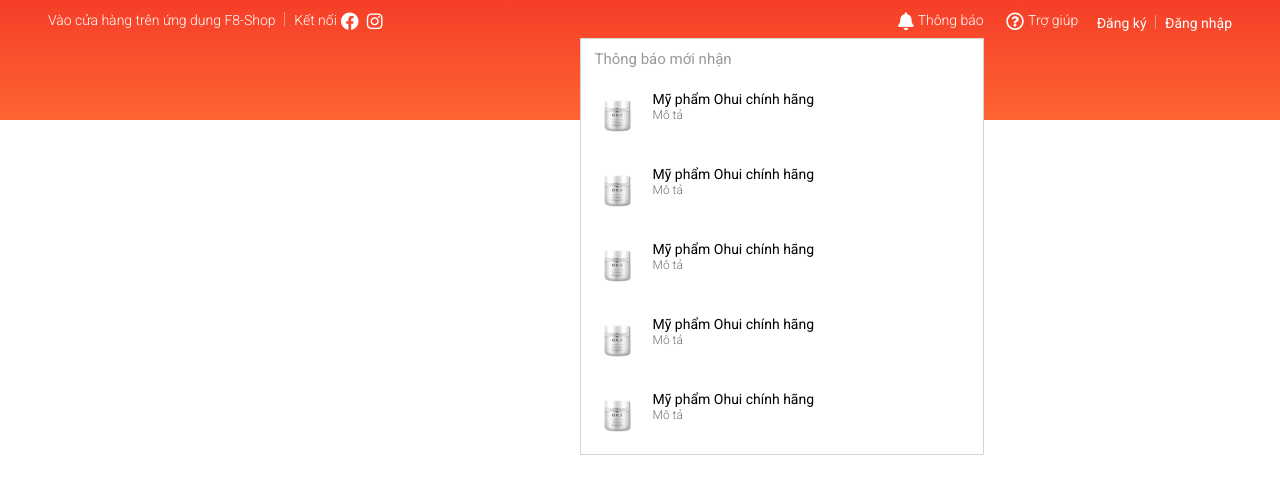
Repository: tvhoangit/tvhoangit.github.io
Page: Shoppe/index.html
These files come from the project's save history. The page is drawn as it stood at one moment and after the next save; the edit follows.
The browser window is 1280 px wide. The pictures show the whole page.

Above is the page before, as saved 2021-10-15 18:48:19.

### Shoppe/index.html
<!DOCTYPE html>
<html lang="en">
<head>
    <meta charset="UTF-8">
    <meta http-equiv="X-UA-Compatible" content="IE=edge">
    <meta name="viewport" content="width=device-width, initial-scale=1.0">
    <title>Document</title>
    <link rel="stylesheet" href="https://cdnjs.cloudflare.com/ajax/libs/normalize/8.0.1/normalize.min.css">
    <link rel="stylesheet" href="./assets/css/base.css">
    <link rel="stylesheet" href="./assets/css/main.css">
    <link rel="stylesheet" href="./assets/fonts/fontawesome-free-5.15.4-web/fontawesome-free-5.15.4-web/css/all.min.css">
    <link href="https://fonts.googleapis.com/css2?family=Open+Sans&family=Roboto:wght@300;400;500;700;900&display=swap" rel="stylesheet">
</head>
<body>

    <div class="app">
        <header class="header">
            <div class="grid">
                <nav class="header__navbar">
                    <ul class="header__navbar-list">
                        <li class="header__navbar-item header__navbar-item--qr header__navbar-item--separate">
                            Vào cửa hàng trên ứng dụng F8-Shop
                            <div class="header__qr">
                                <img src="./assets/img/QR.png" alt="QR code" class="header__qr-img">
                                <div class="header__qr-apps">
                                    <a href="" class="header__qr-link">
                                        <img src="./assets/img/gg_play.jpg" alt="GG Play" class="header__qr-dowload-img">
                                    </a>
                                    <a href="" class="header__qr-link">
                                        <img src="./assets/img/apstore.jpg" alt="ApStore" class="header__qr-dowload-img">
                                    </a>
                                </div>
                            </div>
                        </li>
                        <li class="header__navbar-item">
                            <span class="header__navbar-title--no-pointer">Kết nối</span>
                            <a href="" class="header__navbar-icon-link">
                                <i class="header__navbar--icon fab fa-facebook"></i>
                            </a>
                            <a href="" class="header__navbar-icon-link">
                                <i class="header__navbar--icon fab fa-instagram"></i>
                            </a>
                        </li>
                    </ul>

                    <ul class="header__navbar-list">
                        <li class="header__navbar-item">
                            <i class="header__navbar--icon fas fa-bell"></i>
                            <a href="" class="header__navbar-item-link">Thông báo</a>
                            <div class="header__notify">
                                <header class="header__notify--header">
                                    <h3>Thông báo mới nhận</h3>
                                </header>
                                <ul class="header__notify-list">
                                    <li class="header__notify-item">
                                        <a href="" class="header__notify-link">
                                            <span>
                                                <img src="./assets/img/myphamohui.png" alt="" class="header__notify-img">
                                            </span>
                                            <div class="header__notify-info">
                                                <span class="header__notify-name">Mỹ phẩm Ohui chính hãng</span>
                                                <span class="header__notify-description">Mô tả</span>
                                            </div>
                                        </a>
                                    </li>
                                    <li class="header__notify-item">
                                        <a href="" class="header__notify-link">
                                            <span>
                                                <img src="./assets/img/myphamohui.png" alt="" class="header__notify-img">
                                            </span>
                                            <div class="header__notify-info">
                                                <span class="header__notify-name">Mỹ phẩm Ohui chính hãng</span>
                                                <span class="header__notify-description">Mô tả</span>
                                            </div>
                                        </a>
                                    </li>
                                    <li class="header__notify-item">
                                        <a href="" class="header__notify-link">
                                            <span>
                                                <img src="./assets/img/myphamohui.png" alt="" class="header__notify-img">
                                            </span>
                                            <div class="header__notify-info">
                                                <span class="header__notify-name">Mỹ phẩm Ohui chính hãng</span>
                                                <span class="header__notify-description">Mô tả</span>
                                            </div>
                                        </a>
                                    </li>
                                    <li class="header__notify-item">
                                        <a href="" class="header__notify-link">
                                            <span>
                                                <img src="./assets/img/myphamohui.png" alt="" class="header__notify-img">
                                            </span>
                                            <div class="header__notify-info">
                                                <span class="header__notify-name">Mỹ phẩm Ohui chính hãng</span>
                                                <span class="header__notify-description">Mô tả</span>
                                            </div>
                                        </a>
                                    </li>
                                    <li class="header__notify-item">
                                        <a href="" class="header__notify-link">
                                            <span>
                                                <img src="./assets/img/myphamohui.png" alt="" class="header__notify-img">
                                            </span>
                                            <div class="header__notify-info">
                                                <span class="header__notify-name">Mỹ phẩm Ohui chính hãng</span>
                                                <span class="header__notify-description">Mô tả</span>
                                            </div>
                                        </a>
                                    </li>
                                </ul>
                            </div>
                        </li>
                        <li class="header__navbar-item">
                            <i class="header__navbar--icon far fa-question-circle"></i>
                            <a href="" class="header__navbar-item-link">Trợ giúp</a>
                        </li>
                        <li class="header__navbar-item header__navbar-item--strong header__navbar-item--separate">Đăng ký</li>
                        <li class="header__navbar-item header__navbar-item--strong">Đăng nhập</li>
                    </ul>
                </nav>
            </div>
        </header>
    </div>
    <div class="container">


    </div>
    <div class="footer">

    </div>

</body>
</html>

### Shoppe/assets/css/base.css
:root{
    --white-color: #fff;
    --black-color: #000;
    --text-color: #333;
}

*{
    box-sizing: inherit;
}

html{
    font-size: 62.5%;
    line-height: 1.6rem;
    font-family: 'Roboto', sans-serif;
    box-sizing: border-box;
}

.grid{
    width: 1200px;
    max-width: 100%;
    margin: 0 auto;
}

.grid__full-width{
    width: 100%;
}

.grid__row{
    display: flex;
    flex-wrap: wrap;
}

/* Animation */
@keyframes fadeIn {
    from {
        opacity: 0;
    }
    to {
        opacity: 1;
    }
}

### Shoppe/assets/css/main.css
.header {
    height: 120px;
    background-image: linear-gradient(0, #fe6433, #f53e28);
}
.header__navbar {
    display: flex;
    justify-content: space-between;
    padding-top: 8px;
}
.header__navbar-list {
    list-style: none;
    padding-left: 0;
    margin-top: 4px;
}
.header__navbar-item {
    display: inline-block;
    margin: 0 8px 0px 8px;
    position: relative;
    min-height: 26px;
}
.header__navbar-item--qr:hover .header__qr {
    display: block;
}
.header__navbar-item,
.header__navbar-item-link {
    font-size: 1.4rem;
    color: var(--white-color);
    text-decoration: none;
    font-weight: 300;
}
.header__navbar-item:hover,
.header__navbar-icon-link:hover,
.header__navbar-item-link:hover {
    color: rgba(255, 255, 255, 0.7);
    cursor: pointer;
}
.header__navbar-item,
.header__navbar-item-link,
.header__navbar-icon-link{
    display: inline-flex;
    text-align: center;
}
.header__navbar-item--strong {
    font-weight: 400;
}
.header__navbar-item--separate::after {
    content: "";
    display: block;
    position: absolute;
    border-left: 1px solid #FB9086;
    height: 14px;
    right: -9px;
    top: 25%;
    transform: translateY(-50%);
}
.header__navbar-icon-link {
    color: var(--white-color);
    text-decoration: none;
}
.header__navbar--icon {
    font-size: 1.8rem;
    margin: 0 4px;
}
.header__navbar-title--no-pointer {
    cursor: text;
    color: var(--white-color);
}
.header__qr {
    width: 186px;
    background-color: var(--white-color);
    position: absolute;
    left: 0;
    top: 100%;
    padding: 8px;
    border-radius: 2px;
    display: none;
    animation: fadeIn ease 0.3s;
}
.header__qr-img {
    width: 100%;
}
.header__qr-apps {
    display: flex;
    justify-content: space-between;
}
.header__qr-link {
    margin: 0px 11px;
}
.header__qr-dowload-img {
    height: 15px;
}

/* Header notification */
.header__notify {
    position: absolute;
    top: 100%;
    width: 404px;
    right: 0;
    border: 1px solid #D3D3D3;
    background-color: var(--white-color);
}
.header__notify--header {
    height: 40px;
    background-color: var(--white-color);
    margin-top: -15px;
}
.header__notify--header h3 {
    color: #999;
    margin-right: 237px;
    font-weight: 400;
    font-size: 1.5rem;
    line-height: 40px;

}
.header__notify-list {
    padding-left: 0;
}
.header__notify-item {

}
.header__notify-link {
    display: flex;
    padding: 12px;
    text-decoration: none;
}
.header__notify-img {
    width: 48px;
}
.header__notify-info {
    margin-left: 12px;
}
.header__notify-name {
    display: block;
    font-size: 1.4rem;
    color: var(--black-color);
    font-weight: 400;
}
.header__notify-description {
    display: block;
    font-size: 1.2rem;
    line-height: 1.6rem;
    color: #756F6E;
    text-align: left;
}

Loaded but not shown: Shoppe/assets/fonts/fontawesome-free-5.15.4-web/fontawesome-free-5.15.4-web/css/all.min.css (library)

After the next save:
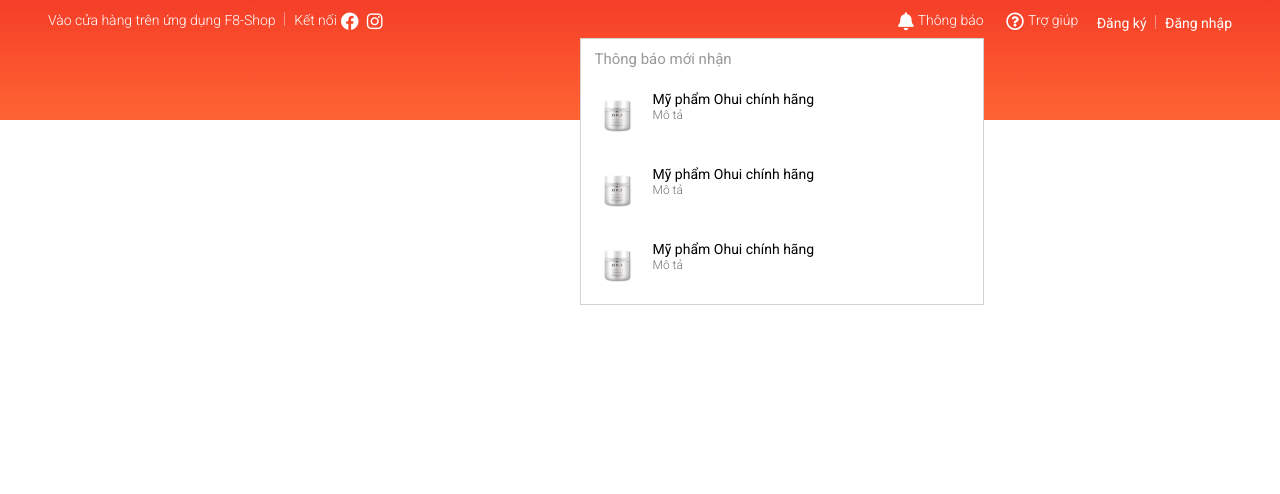
Saved 2 min 36 s later.
--- a/Shoppe/index.html
+++ b/Shoppe/index.html
@@ -85,28 +85,6 @@
                                             </div>
                                         </a>
                                     </li>
-                                    <li class="header__notify-item">
-                                        <a href="" class="header__notify-link">
-                                            <span>
-                                                <img src="./assets/img/myphamohui.png" alt="" class="header__notify-img">
-                                            </span>
-                                            <div class="header__notify-info">
-                                                <span class="header__notify-name">Mỹ phẩm Ohui chính hãng</span>
-                                                <span class="header__notify-description">Mô tả</span>
-                                            </div>
-                                        </a>
-                                    </li>
-                                    <li class="header__notify-item">
-                                        <a href="" class="header__notify-link">
-                                            <span>
-                                                <img src="./assets/img/myphamohui.png" alt="" class="header__notify-img">
-                                            </span>
-                                            <div class="header__notify-info">
-                                                <span class="header__notify-name">Mỹ phẩm Ohui chính hãng</span>
-                                                <span class="header__notify-description">Mô tả</span>
-                                            </div>
-                                        </a>
-                                    </li>
                                 </ul>
                             </div>
                         </li>
